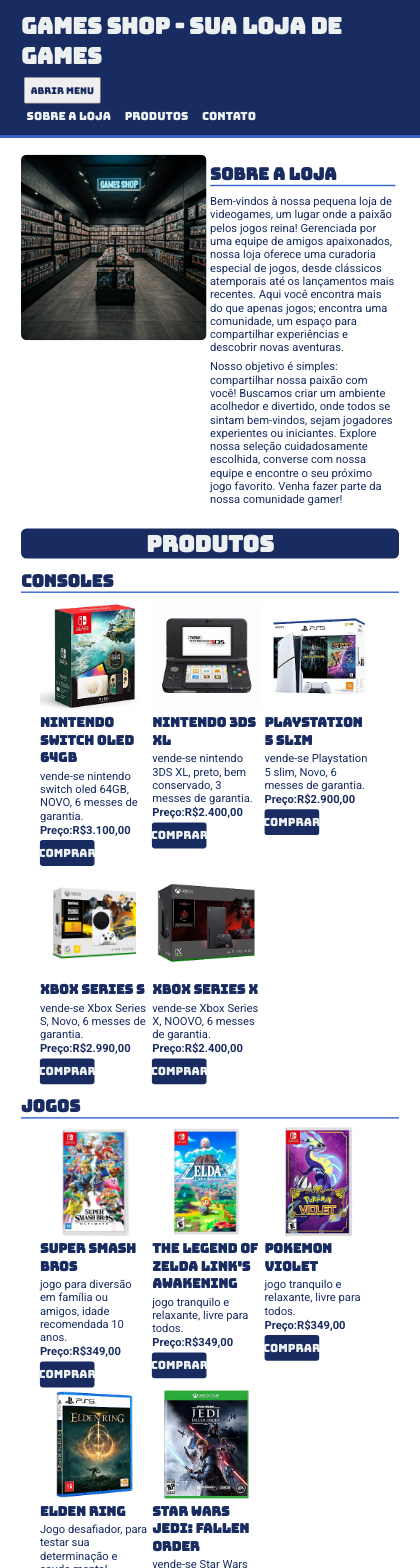
Repository: MatiasBrighent/GamesShop-CSS-responsivel
Page: index.html
These files come from the project's save history. The page is drawn as it stood at one moment and after the next save; the edit follows.
The browser window is 600 px wide. The pictures show the part of the page from y = 0 to 2240 px (the page is 2933 px tall before and 2975 px after), at 70% of full size.
Empty fields were first filled with sample values (such as "Sample", 5 or name@example.com).
After loading, the first visible `div.btn-menu` was clicked once.

Above is the page before, as saved 2025-04-05 22:35:20.

### index.html
<!DOCTYPE html>
<html lang="pt-br">
<head>
    <meta charset="UTF-8">
    <meta name="viewport" content="width=device-width, initial-scale=1.0">
    <title>Game Shop</title>
    <link rel="stylesheet" href="style.css">
    <link rel="preconnect" href="https://fonts.googleapis.com">
    <link rel="preconnect" href="https://fonts.gstatic.com" crossorigin>
    <link href="https://fonts.googleapis.com/css2?family=Bungee&family=Roboto:wght@400;700&display=swap" rel="stylesheet">

</head>
<body>
    <header>
        <div class="container">
            <h1>Games Shop - Sua loja de games</h1>
            <div class="btn-menu">
                <button type="button">Abrir menu</button>
            </div>
            <nav>
                <ul class="menu">
                    <li>
                        <a href="#sobre">Sobre a loja</a>
                    </li>
                    <li>
                        Produtos
                        <ul class="submenu">
                            <li>
                                <a href="#jogos">Jogos</a>
                            </li>
                            <li>
                                <a href="#consoles">Consoles</a>
                            </li>
                        </ul>
                    </li>
                    <li>
                        <a href="#contato">Contato</a>
                    </li>
                </ul>
            </nav>
        </div>
    </header>
    <section id="sobre">
        <div class="container sobre">
            <img src="./image/Games-Shop.jpg" alt="Foto da loja">
            <div>
                <h2>Sobre a loja</h2>
                <p>
                    Bem-vindos à nossa pequena loja de videogames, um lugar onde a paixão pelos jogos reina! Gerenciada por uma equipe de amigos apaixonados, nossa loja oferece uma curadoria especial de jogos, desde clássicos atemporais até os lançamentos mais recentes.
                    Aqui você encontra mais do que apenas jogos; encontra uma comunidade, um espaço para compartilhar experiências e descobrir novas aventuras.
                </p>
                <p>
                    Nosso objetivo é simples: compartilhar nossa paixão com você! Buscamos criar um ambiente acolhedor e divertido, onde todos se sintam bem-vindos, sejam jogadores experientes ou iniciantes.
                    Explore nossa seleção cuidadosamente escolhida, converse com nossa equipe e encontre o seu próximo jogo favorito. Venha fazer parte da nossa comunidade gamer!
                </p>
            </div>
        </div>
    </section>
    <section id="produtos" class="container">
        <h1>produtos</h1>
        <div class=" produtos">
            <h2>Consoles</h2>
            <section id="console" class="container">
                <div class="produto">
                    <img src="./image/switch.webp" alt="Nintendo Switch">
                    <h3>Nintendo switch oled 64GB</h3>
                    <p>vende-se nintendo switch  oled 64GB, NOVO, 6 messes de garantia.</p>
                    <strong>Preço:R$3.100,00</strong>
                    <div class="button">
                        <buton type="button">Comprar
                    </buton></div>
                </div>
                <div class="produto">
                    <img src="./image/3DS.webp" alt="Nintendo 3DS">
                    <h3>Nintendo 3DS XL </h3>
                    <p>vende-se nintendo 3DS XL, preto, bem conservado, 3 messes de garantia.</p>
                    <strong>Preço:R$2.400,00</strong>
                    <div class="button">
                        <buton type="button">Comprar
                    </buton></div>
                </div>
                <div class="produto">
                    <img src="./image/PS5.webp" alt="Playstation 5 slim">
                    <h3>Playstation 5 slim</h3>
                    <p>vende-se Playstation 5 slim, Novo, 6 messes de garantia.</p>
                    <strong>Preço:R$2.900,00</strong>
                    <div class="button">
                        <buton type="button">Comprar
                    </buton></div>
                </div>
                <div class="produto">
                    <img src="./image/Series S.webp" alt="Xbox Series S">
                    <h3>Xbox Series S </h3>
                    <p>vende-se Xbox Series S, Novo, 6 messes de garantia.</p>
                    <strong>Preço:R$2.990,00</strong>
                    <div class="button">
                        <buton type="button">Comprar
                    </buton></div>
                </div>
                <div class="produto">
                    <img src="./image/Series X.webp" alt="Xbox Series X">
                    <h3>Xbox Series X</h3>
                    <p>vende-se Xbox Series X, NOOVO, 6 messes de garantia.</p>
                    <strong>Preço:R$2.400,00</strong>
                    <div class="button">
                        <buton type="button">Comprar
                    </buton></div>
                </div>
            </section>
        </div>
        <div class=" produtos">
            <h2>Jogos</h2>
            <section id="jogos" class="container">
                <div class="produto">
                    <img src="./image/SmashBros.webp" alt="Super Smash Bros">
                    <h3>Super Smash Bros</h3>
                    <p>jogo para diversão em família ou amigos, idade recomendada 10 anos.</p>
                    <strong>Preço:R$349,00</strong>
                    <div class="button">
                        <buton type="button">Comprar
                    </buton></div>
                </div>
                <div class="produto">
                    <img src="./image/Zelda.webp" alt="Zelda">
                    <h3>the legend of Zelda Link's awakening</h3>
                    <p>jogo tranquilo e relaxante, livre para todos. </p>
                    <strong>Preço:R$349,00</strong>
                    <div class="button">
                        <buton type="button">Comprar
                    </buton></div>
                </div>
                <div class="produto">
                    <img src="./image/pokemonviolet.webp" alt="Pokemon Violet">
                    <h3>Pokemon violet</h3>
                    <p>jogo tranquilo e relaxante, livre para todos.</p>
                    <strong>Preço:R$349,00</strong>
                    <div class="button">
                        <buton type="button">Comprar
                    </buton></div>
                </div>
                <div class="produto">
                    <img src="./image/eldenring.webp" alt="Elden Ring">
                    <h3>Elden Ring </h3>
                    <p>Jogo desafiador, para testar sua determinação e saude mental, recomendado para masoquistas.</p>
                    <strong>Preço:R$259,00</strong>
                    <div class="button">
                        <buton type="button">Comprar
                    </buton></div>
                </div>
                <div class="produto">
                    <img src="./image/Jedi.webp" alt="Star Wars Jedi: fallen order">
                    <h3>Star Wars Jedi: fallen order</h3>
                    <p>vende-se Star Wars Jedi: fallen order, temos versõos para playstation e xbox .</p>
                    <strong>Preço:R$200,00</strong>
                    <div class="button">
                        <buton type="button">Comprar
                    </buton></div>
                </div>
            </section>
        </div>
    </section>
    <section id="contato" class="container">
        <div class="container">
            <h1>Contato</h1>
            <div class="contato">
                <div>
                    <h2>Fale conosco</h2>
                    <form>
                        <input type="text" placeholder="Seu nome" required="">
                        <input type="email" placeholder="Seu E-mail" required="">
                        <input type="tel" placeholder="Seu telefone(opcional)">
                        <textarea placeholder="Sua mensagem" required=""></textarea>
                        <button type="submit">Enviar</button>
                    </form>
                </div>
                <div>
                    <h2>Nos acompanhe</h2>
                    <ul class="social-links">
                        <li>
                            <a href="#">
                                <img src="./image/instagram.png" alt="Logo do Instagram">
                                <p>@Games-Shop</p>
                            </a>
                        </li>
                        <li>

                            <a href="#">
                                <img src="./image/facebook.png" alt="Logo do Facebook">
                                <p>Games Shop - A sua loja de games</p>
                            </a>
                        </li>
                    </ul>
                    <div>
                        <h2>visite-nos</h2>
                        <p>622 Broadway, Nova York, NY 10012, Estados Unidos</p>
                    </div>
                </div>

            </div>
        </div>
    </section>
    <footer>
        <div class="container">
            <p>
                © Games Shop - pagina criada como  projeto do curso de "Desenvolvedor Full Stack Python v2" da Ebac. Todos direitos reservados 2025.
            </p>
        </div>
    </footer>

    <script src="https://code.jquery.com/jquery-3.7.1.min.js" integrity="sha256-/JqT3SQfawRcv/BIHPThkBvs0OEvtFFmqPF/lYI/Cxo=" crossorigin="anonymous"></script>
    <script src="main.js"></script>
</body>
</html>

### style.css
*{
    margin: 0;
    padding: 0;
    box-sizing: border-box;
    font-family: Bungee, Roboto, sans-serif;
}

.container{
    max-width: 1024px;
    width: 100%;
    margin: 0 auto;
}

header .container{
    display: flex;
    justify-content: space-between;
    align-items: center;
    font-weight: 400;
}

header{
    padding: 16px 0;
    color: #ecf0f1;
    background-color: #182c61;
    margin-bottom: 24px;
    border-bottom: 4px solid #3564ca;
}

.menu li{
    display: inline-block;
    list-style: none;
    margin-right: 8px;
}

.menu li a{
    color: #ecf0f1;
    text-decoration: none;
    padding: 8px;
}

.menu li:hover{
    border-bottom: 2px solid #ecf0f1;
    padding: 4px;
}

.submenu{
    display: none ;
    position: absolute;
    background-color: #fff;
    border: 2px solid #182c61;
    height: auto;
    border-radius: 4px;
}


.menu li:hover .submenu {
    display: block;
}

.submenu li{
    display: block;
    padding: 4px;
}

.submenu li a{
    color: #182c61;
}

h2{
    font-family: Bungee;
    color: #182c61;
    margin:12px 0;
    border-bottom: 2px solid #3564ca;
}

h3{
    color: #182c61;
    margin-bottom:4px;
}

p, strong{
    font-family: Roboto;
    color: #182c61;;
}

section{
    margin-bottom: 24px;
}

section h1{
    display: flex;
    justify-content: center;
    color: #ecf0f1;
    background-color: #182c61;
    border-radius: 8px;
    font-size: 32px;
    margin: 16px 0;
}

section img{
    width: 100%;
    height: auto;
    border-radius: 8px;
}

.sobre, .contato{
    display: grid;
    grid-template-columns: repeat(2, 49%);
    column-gap: 1%;
}

.sobre p{
    margin-bottom: 8px;
}

#console, #jogos{
    display: grid;
    grid-template-columns: repeat(3, 32%);
    column-gap: 1%;
}

.produto .button{
    display: flex;
    justify-content: center;
    width:50%;
    padding: 8px 4px;
    margin: 4px 0;
    border-radius: 4px;
    color: #ecf0f1;
    background-color: #182c61;
}

.produto .button:hover{
    background-color: #3564ca;
    border: #cccc 2px solid;
    cursor: pointer;
}

.contato form input,textarea, button{
    display: block;
    margin-left: 4px;
    margin-bottom: 8px;
    padding: 8px;
    width: 60%;
}

.contato form textarea{
    resize: none;
    height: 20vh;
}

.contato form button{
    color: #ecf0f1;
    background-color: #182c61;
    border-radius: 4px;
    border: none;
    padding: 16px;
}

.contato form button:hover{
    background-color: #3564ca;
    border: 2px solid #cccc;
    cursor:pointer;
}

input:focus, textarea:focus{
    outline-color: #182c61;
}

.social-links{
    text-decoration: none;
    list-style: none;
}

.social-links img{
    width: 32px;
    margin-bottom: 8px;
}

.social-links li a{
    text-decoration: none;
    display: flex;
}

.social-links li a p{
    margin-left: 8px;
    display: flex;
    align-items: center;
}

footer{
    background-color: #182c61;
    padding: 16px 0;
}

footer p{
    color: #ecf0f1;
}

@media screen and (max-width: 767px){
    .container{
        width: 90%;
    }

    header .container{
        flex-direction: column;
        align-items: flex-start;
    }

    .menu{
        display: none;
    }

    .btn-menu{
        display: flex;
        justify-content: center;
        align-items: center;
        margin-top: 8px;
    }

    .btn-menu button{
        display: flex;
        width: auto;
        color: #182c61;
    }

    .menu{
        width: 100%;
        left: 0;
    }

}

@media screen and (min-width: 768px) and (max-width: 1023px) {
    .btn-menu{
        display:none;
    }
}

@media screen and (min-width: 1024px){
    .btn-menu{
        display:none;
    }
}

### main.js
$(document).ready(function(){
    $(".btn-menu").click(function(){
        $(".menu").slideToggle();
    })
})

// Plugins

After the next save:
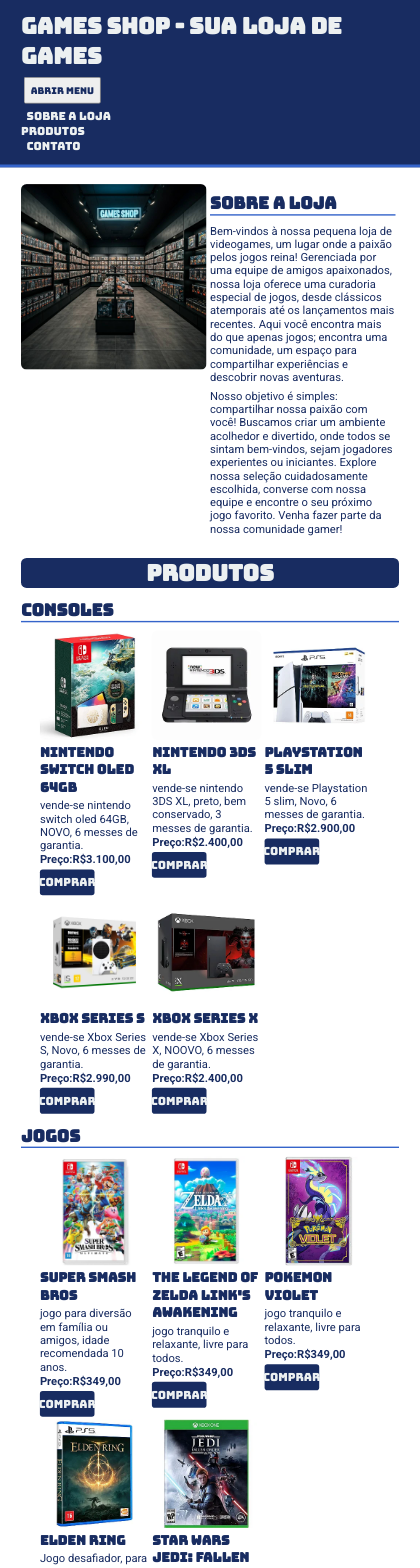
Saved 42 s later.
--- a/style.css
+++ b/style.css
@@ -224,7 +224,7 @@
         color: #182c61;
     }
 
-    .menu{
+    .menu li{
         width: 100%;
         left: 0;
     }

After the save that followed:
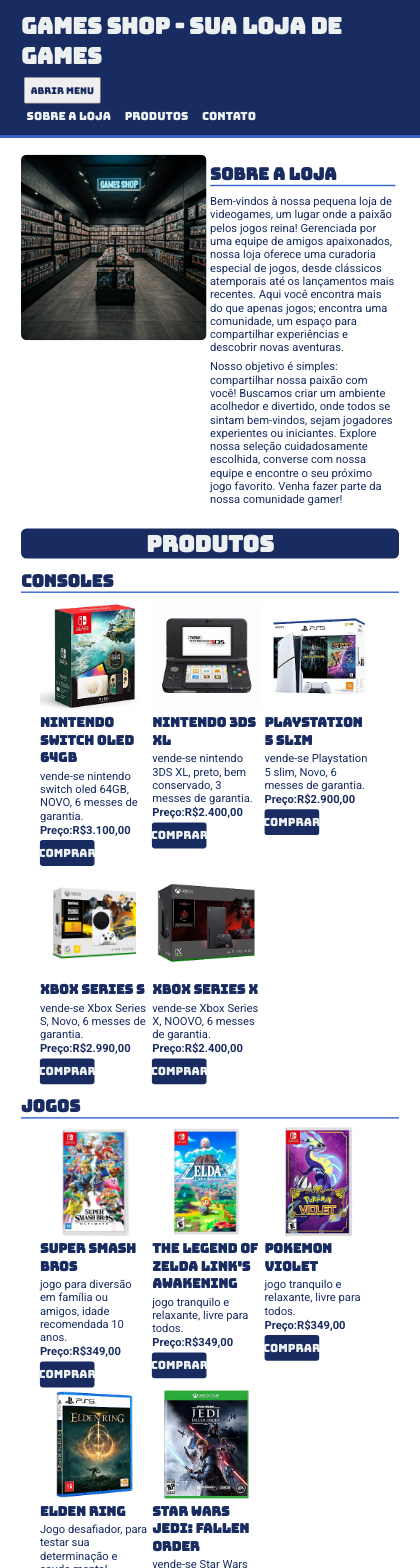
Saved 26 s later.
--- a/style.css
+++ b/style.css
@@ -225,8 +225,7 @@
     }
 
     .menu li{
-        width: 100%;
-        left: 0;
+        display: inline-block;
     }
 
 }
